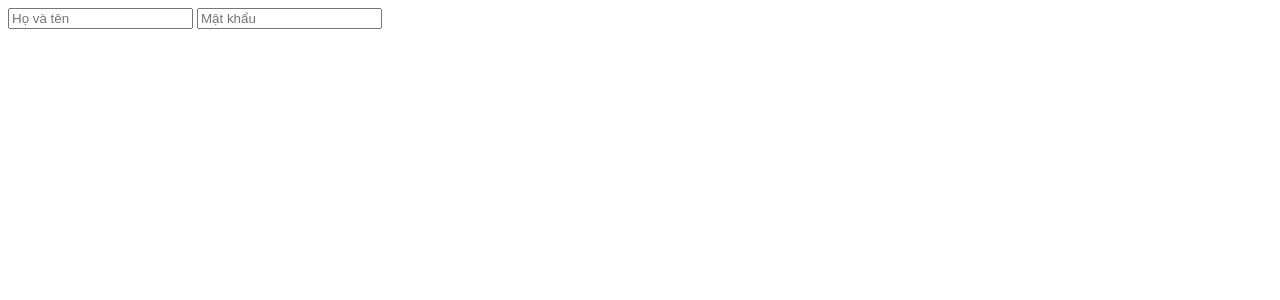
Repository: anhtu2110/backend
Page: http://localhost/backend/test/index.php
These files come from the project's save history. The page is drawn as it stood at one moment and after the next save; the edit follows.
The browser window is 1280 px wide. The pictures show the whole page.
The page is run by PHP 8.4 with error messages shown; the project is at /var/www/html/.

Above is the page before, as saved 2022-11-27 08:41:56.

### test/index.php
<!DOCTYPE html>
<html lang="en">

<head>
    <meta charset="UTF-8">
    <meta http-equiv="X-UA-Compatible" content="IE=edge">
    <meta name="viewport" content="width=device-width, initial-scale=1.0">
    <title>Document</title>
</head>

<body>
    <form action="modules/process.php" method="post">
        <input type="text" name="username" id="username" placeholder="Họ và tên">
        <input type="password" name="password" id="password" placeholder="Mật khẩu">
    </form>
</body>

</html>

After the next save:
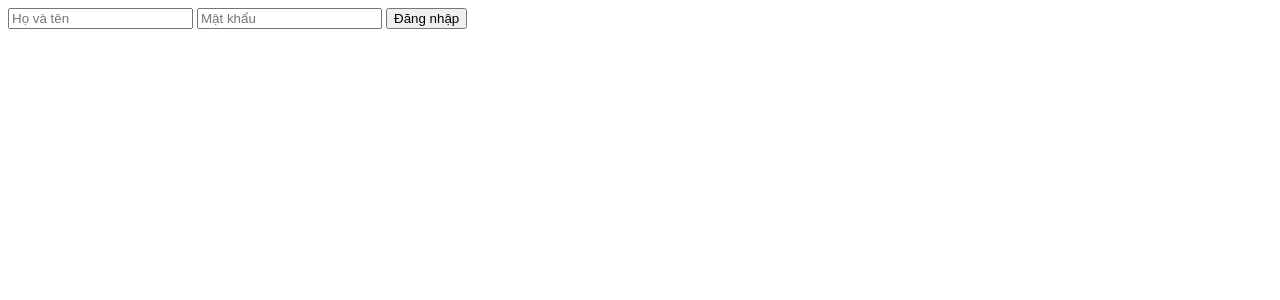
Saved 30 s later.
--- a/test/index.php
+++ b/test/index.php
@@ -12,6 +12,7 @@
     <form action="modules/process.php" method="post">
         <input type="text" name="username" id="username" placeholder="Họ và tên">
         <input type="password" name="password" id="password" placeholder="Mật khẩu">
+        <input type="submit" name="btn_login" value="Đăng nhập">
     </form>
 </body>
 
